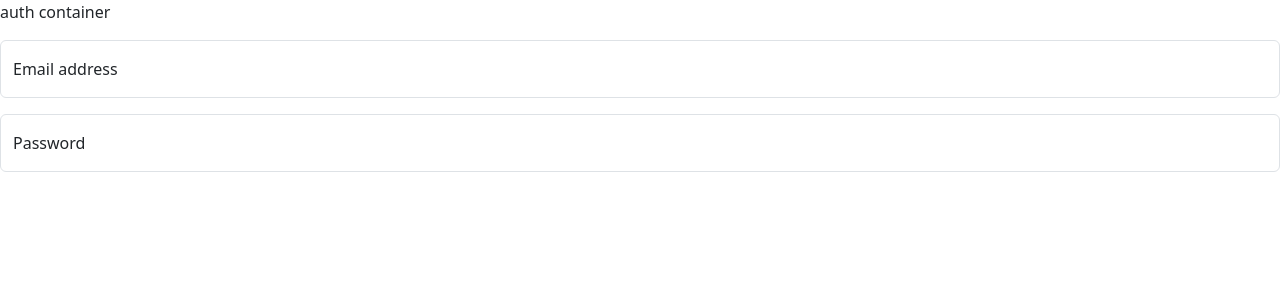
Repository: jaevoy2/lara_demo
Page: http://localhost/
The author's editor kept a copy of each file at every save. The page is drawn from the files as they stood at one save, then again after the next save.
The browser window is 1280 px wide. The pictures show the whole page.
The page is served by the project's Laravel application, run on PHP 8.4 with Laravel 12.

Above is the page before, as saved 2026-07-06 22:36:36.

After the next save:
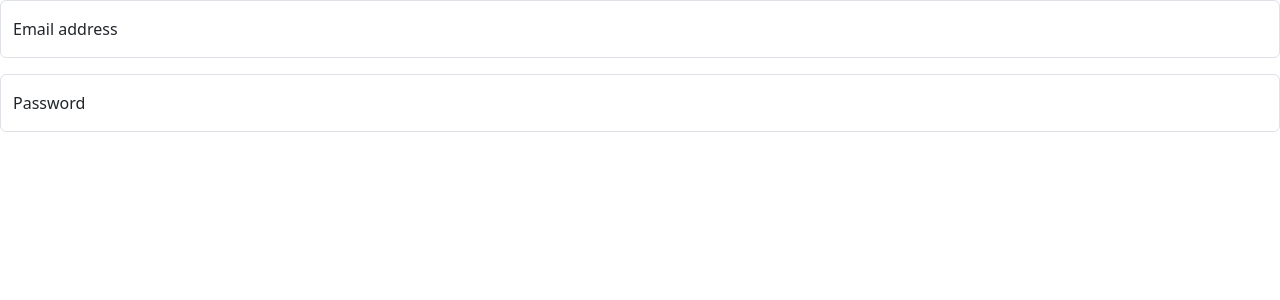
Saved 2 min 17 s later.
--- a/resources/views/_layout/_auth-head.blade.php
+++ b/resources/views/_layout/_auth-head.blade.php
@@ -7,7 +7,6 @@
     <title>Document</title>
 </head>
 <body>
-    <p>auth container</p>
 
     @yield('content')
 
